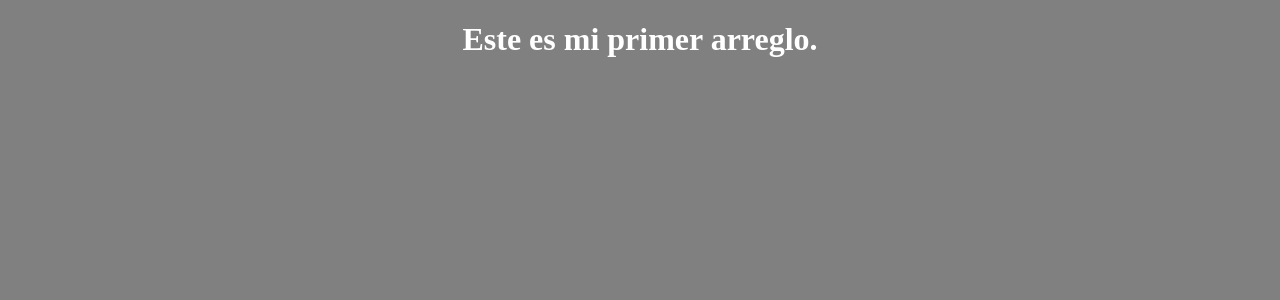
Repository: Edwinjuarez/arreglos_clase6
Page: index.html
The author's editor kept a copy of each file at every save. The page is drawn from the files as they stood at one save, then again after the next save.
The browser window is 1280 px wide. The pictures show the whole page.

Above is the page before, as saved 2023-11-27 07:34:57.

After the next save:
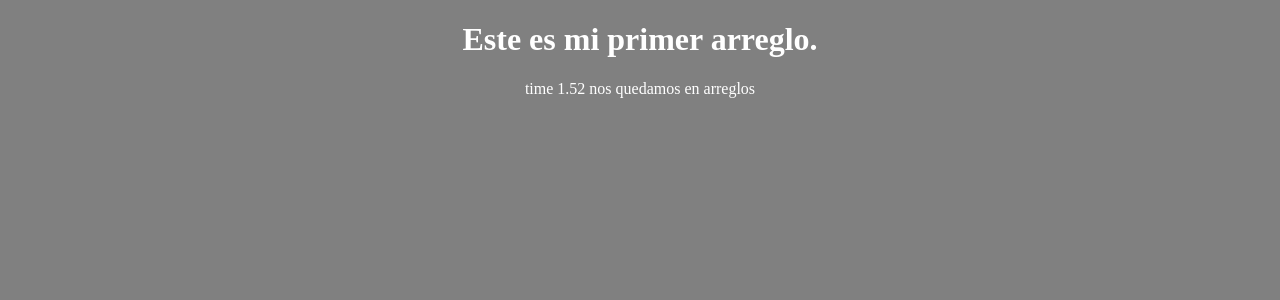
Saved 2 days later.
--- a/index.html
+++ b/index.html
@@ -11,3 +11,6 @@
     <h1>Este es mi primer arreglo.</h1>
 </body>
 </html>
+
+
+time 1.52 nos quedamos en arreglos
